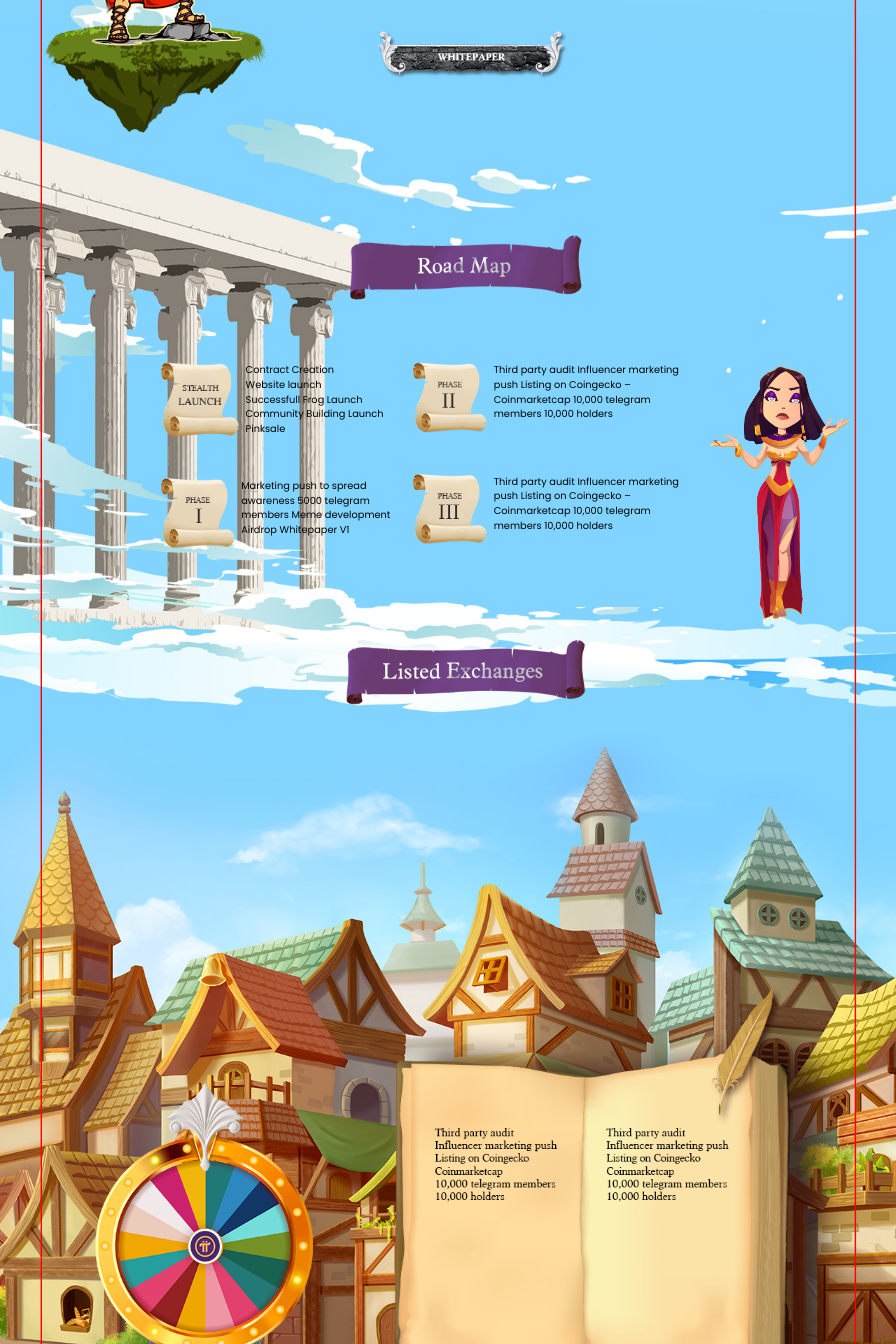
Repository: ducanhaep/pi-project
Page: index.html
The author's editor kept a copy of each file at every save. The page is drawn from the files as they stood at one save, then again after the next save.
The browser window is 1280 px wide. The pictures show the part of the page from y = 1535 to 3455 px (the page is 6183 px tall), at 70% of full size.
The style sheet was rebuilt from its Sass, Less or Tailwind sources for each picture, by a compiler version that may differ from the author's.

Above is the page before, as saved 2022-07-04 22:17:27.

### index.html
<!DOCTYPE html>
<html lang="en">

<head>
	<meta charset="UTF-8">
	<meta http-equiv="X-UA-Compatible" content="IE=edge">
	<meta name="viewport" content="width=device-width, initial-scale=1.0">
	<title>Document</title>
	<link rel="preconnect" href="https://fonts.googleapis.com">
	<link rel="preconnect" href="https://fonts.gstatic.com" crossorigin>
	<link
		href="https://fonts.googleapis.com/css2?family=Nunito:wght@400;500;600;700&family=Poppins:wght@400;500;600;700&display=swap"
		rel="stylesheet">
	<link rel="stylesheet" href="./style.css">
</head>

<body>
	<div class="wrapper">
		<div class="container">
			<header>
				<nav class="navigation">
					<ul class="links">
						<li class="link">
							<a href="#">
								<img src="./images/logo.png" alt="logo" class="logo">
							</a>
						</li>
						<li class="link active">
							<a href="#">
								Home
							</a>
						</li>
						<li class="link">
							<a href="#">
								Audit
							</a>
						</li>
						<li class="link">
							<a href="#">
								KYC
							</a>
						</li>
						<li class="link">
							<a href="#">
								<img src="./images/buy-now.png" alt="">
							</a>
						</li>
					</ul>
					<!-- <button class="sidebar-toggle">
						<ion-icon name="menu-outline"></ion-icon>
					</button> -->
				</nav>

				<div class="header-content">
					<img class="header-content-title" src="images/header-title.png" alt="">

					<div class="header-content-image">
						<img src="./images/header-img.png" alt="" class="zeus">

						<div class="cloud">
							<img src="./images/clound.png" alt="cloud">
						</div>
						<!-- <div class="cloud1">
							<img src="./images/clound.png" alt="cloud">
						</div>
						<div class="cloud2">
							<img src="./images/clound.png" alt="cloud">
						</div> -->
						<div class="cloud3">
							<img src="./images/clound.png" alt="cloud">
						</div>
						<!-- <div class="cloud4">
							<img src="./images/clound.png" alt="cloud">
						</div> -->
					</div>
					<p class="header-content-description">Pi network inu is the funniest frog on BSC! A community-focused,
						decentralized <br> cryptocurrency with
						instant rewards for holders.
					</p>

					<ul class="header-content-links">
						<li>
							<a href="#">
								<img src="./images/header-btn-1.png" alt="btn-link">
							</a>
						</li>
						<li>
							<a href="#">
								<img src="./images/header-btn-2.png" alt="btn-link">
							</a>
						</li>
						<li>
							<a href="#">
								<img src="./images/header-btn-3.png" alt="btn-link">
							</a>
						</li>
					</ul>
					<div class="header-content-contract">
						<div class="content">
							<p class="contract">
								CONTRACT ADDRESS
							</p>
							<p class="address">0xc8CfAE61C3cDEA19D0dd8
								<br> D73411E4b6682E4b6682
							</p>
							<p class="copy">COPY</p>

						</div>
					</div>

				</div>
			</header>

			<main class="main">
				<session class="what-is">
					<div class="left-img">
						<img src="./images/whatis.png" alt="ss">
					</div>
					<div class="content">
						<img class="title" src="./images/sesstion-title1.png" alt="session title">
						<p>Pinetwork Inu is a meme token that only rewards investors for holding, the number of rewards received
							will increase over time if investors hold them longer. We are the safest place for long and short term
							investors in the meme category. Safemoon x10000 shiba x10000 babydoge x10000 so the next x10000 memecoin
							will be Pinetwork Inu.</p>
						<a href="#">
							<img src="./images/whitepaper.png" alt="">
						</a>
					</div>
					<div class="right-img">
						<img src="./images/book.png" alt="book">
					</div>
				</session>

				<session class="road-map">
					<div class="road-map-img">
						<img src="./images/roadmap.png" alt="road-map">
					</div>

					<div class="content">
						<div class="left-content box-phase">
							<div class="phase">
								<img src="./images/stealth-lauch.png" alt="stealth-lauch">
								<p>Contract Creation <br> Website launch <br> Successfull Frog Launch Community Building Launch Pinksale
								</p>
							</div>
							<div class="phase">
								<img src="./images/phase1.png" alt="stealth-lauch">
								<p>
									Marketing push to spread awareness
									5000 telegram members
									Meme development
									Airdrop
									Whitepaper V1
								</p>
							</div>

						</div>
						<div class="right-content box-phase">
							<div class="phase">
								<img src="./images/phase2.png" alt="stealth-lauch">
								<p>Third party audit
									Influencer marketing push
									Listing on Coingecko – Coinmarketcap
									10,000 telegram members
									10,000 holders</p>
							</div>
							<div class="phase">
								<img src="./images/phase3.png" alt="stealth-lauch">
								<p>Third party audit
									Influencer marketing push
									Listing on Coingecko – Coinmarketcap
									10,000 telegram members
									10,000 holders</p>
							</div>

						</div>
						<div class="image">
							<img src="./images/road-image.png" alt="">
						</div>
					</div>
				</session>

				<session class="list-exchanges">
					<div class="list-exchanges-image">
						<img src="./images/list-exchanges.png" alt="list-exchanges">
					</div>
					<div class="content">
						<div class="left">
							<img src="./images/spin.png" alt="spin">
						</div>
						<div class="right">
							<img src="./images/list-book.png" alt="spin">
						</div>
					</div>
				</session>

				<session class="the-god-nft">
					<div class="the-god-nft-image">
						<img src="./images/the-god-nft-title.png" alt="">
					</div>
					<div class="content">
						<img src="./images/nft1.png" alt="god">
						<img src="./images/nft2.png" alt="god">
						<img src="./images/nft3.png" alt="god">
						<img src="./images/nft4.png" alt="god">

					</div>
				</session>

				<session class="list-exchanges-bottom">
					<div class="list-exchanges-bottom-title">
						<img src="./images/list-exchanges.png" alt="title">
					</div>
					<div class="list-exchanges-bottom-image">
						<img src="./images/list-exchanges-btn-img.png" alt="title">
					</div>

					<div class="list-bottom-links">
						<ul class="list-links">
							<li>
								<a href="#">
									<img src="./images/list-link1.png" alt="link">
								</a>
							</li>
							<li>
								<a href="#">
									<img src="./images/list-link2.png" alt="link">
								</a>
							</li>
							<li>
								<a href="#">
									<img src="./images/list-link3.png" alt="link">
								</a>
							</li>
							<li>
								<a href="#">
									<img src="./images/list-link4.png" alt="link">
								</a>
							</li>
						</ul>
						<ul class="list-links">
							<li>
								<a href="#">
									<img src="./images/list-link5.png" alt="link">
								</a>
							</li>
							<li>
								<a href="#">
									<img src="./images/list-link6.png" alt="link">
								</a>
							</li>
							<li>
								<a href="#">
									<img src="./images/list-link1.png" alt="link">
								</a>
							</li>
							<li>
								<a href="#">
									<img src="./images/list-link8.png" alt="link">
								</a>
							</li>
						</ul>
					</div>
				</session>

				<session class="features">
					<div class="features-title">
						<img src="./images/feature-title.png" alt="">
					</div>

					<div class="list-bottom-links">
						<ul class="list-links">
							<li>
								<a href="#">
									<img src="./images/list-link9.png" alt="link">
								</a>
							</li>
							<li>
								<a href="#">
									<img src="./images/list-link10.png" alt="link">
								</a>
							</li>
							<li>
								<a href="#">
									<img src="./images/list-link11.png" alt="link">
								</a>
							</li>
							<li>
								<a href="#">
									<img src="./images/list-link12.png" alt="link">
								</a>
							</li>
						</ul>
						<ul class="list-links">
							<li>
								<a href="#">
									<img src="./images/list-link9.png" alt="link">
								</a>
							</li>
							<li>
								<a href="#">
									<img src="./images/list-link10.png" alt="link">
								</a>
							</li>
							<li>
								<a href="#">
									<img src="./images/list-link11.png" alt="link">
								</a>
							</li>
							<li>
								<a href="#">
									<img src="./images/list-link12.png" alt="link">
								</a>
							</li>
						</ul>
					</div>

					<div class="features-address">
						<div class="box">
							0xc8CfAE61C3cDEA19D0dd8D73411E4b6682E4b6682
						</div>
					</div>

					<ul class="features-links">
						<li>
							<a href="#">
								<img src="./images/feature-link1.png" alt="link">
							</a>
						</li>
						<li>
							<a href="#">
								<img src="./images/feature-link2.png" alt="link">
							</a>
						</li>
						<li>
							<a href="#">
								<img src="./images/feature-link3.png" alt="link">
							</a>
						</li>
					</ul>

					<ul class="features-social">
						<li>
							<a href="#">
								<img src="./images/logo-discord.png" alt="link">
							</a>
						</li>
						<li>
							<a href="#">
								<img src="./images/logo-youtube.png" alt="link">
							</a>
						</li>
						<li>
							<a href="#">
								<img src="./images/logo-fb.png" alt="link">
							</a>
						</li>
						<li>
							<a href="#">
								<img src="./images/logo-tw.png" alt="link">
							</a>
						</li>
						<li>
							<a href="#">
								<img src="./images/logo-tele.png" alt="link">
							</a>
						</li>
						<li>
							<a href="#">
								<img src="./images/logo11.png" alt="link">
							</a>
						</li>
						<li>
							<a href="#">
								<img src="./images/logo12.png" alt="link">
							</a>
						</li>
					</ul>
				</session>
			</main>
			<footer>
				© 2022 Pinetwork Inu.io . All rights reserved
			</footer>
		</div>
	</div>

	<script type="module" src="https://unpkg.com/ionicons@5.5.2/dist/ionicons/ionicons.esm.js"></script>
	<script nomodule src="https://unpkg.com/ionicons@5.5.2/dist/ionicons/ionicons.js"></script>
</body>

</html>

### style.scss
/* Box sizing rules */
*,
*::before,
*::after {
  box-sizing: border-box;
}

/* Remove default margin */
body,
h1,
h2,
h3,
h4,
p,
figure,
blockquote,
dl,
dd {
  margin: 0;
}

h1,
h2,
h3,
h4 {
  font-family: var(--ff-secondary);
}

ul {
  list-style: none;
  margin: 0;
  padding: 0;
}

html:focus-within {
  scroll-behavior: smooth;
}

:root {
  --primary-text-color: #2c2637;
}

@mixin mobile {
  @media screen and (max-width: 576px) {
    @content;
  }
}
@mixin tablet {
  @media screen and (max-width: ≥768px) {
    @content;
  }
}

body {
  font-family: "Poppins", sans-serif;
}

.wrapper {
  background-image: url(./images/big-bg-1.jpg);
  background-repeat: no-repeat;
  background-size: cover;
  @include mobile {
    max-width: 90%;
  }
  margin: 0 auto;
}

.container {
  max-width: 1165px;
  margin: 0 auto;
  border: 2px solid red;
}
.navigation {
  @include mobile {
    position: fixed;
    top: 0;
    left: 0;
    width: 100%;
    height: 100%;
    background: var(--clr-white);
    display: grid;
    grid-template-rows: auto 1fr auto;
    row-gap: 1rem;
    box-shadow: var(--clr-red-dark);
    transition: var(--transition);
    transform: translate(-100%);
  }
}

.show-sidebar {
  transform: translate(0);
}

.links {
  display: flex;
  justify-content: center;
  align-items: center;
  gap: 70px;
  padding-top: 10px;

  .link {
    a {
      text-decoration: none;
      color: var(--primary-text-color);
      font-weight: 500;
      transition: all 0.3s;
      &:hover {
        color: #fff;
      }
    }
    .logo {
      width: 150px;
      height: 100px;
    }
  }
}

.header-content {
  display: flex;
  flex-direction: column;
  align-items: center;
  margin-top: 130px;
  position: relative;

  &-title {
    height: 125px;
    width: 680px;
    margin-bottom: 40px;
  }
  &-image {
    margin-bottom: 20px;
    position: relative;
    .zeus {
      height: 400px;
      width: 350px;
    }
    .cloud {
      position: absolute;
      bottom: -70px;
      left: 0;
      img {
        height: 200px;
        width: 600px;
      }
    }
    // .cloud1 {
    //   position: absolute;
    //   bottom: -115px;
    //   left: 270px;
    //   img {
    //     height: 320px;
    //     width: 600px;
    //   }
    // }
    // .cloud2 {
    //   position: absolute;
    //   bottom: -130px;
    //   right: 236px;
    //   img {
    //     height: 280px;
    //     width: 600px;
    //   }
    // }
    .cloud3 {
      position: absolute;
      bottom: -111px;
      right: 425px;
      z-index: 2;
      img {
        height: 320px;
        width: 600px;
      }
    }
    // .cloud4 {
    //   position: absolute;
    //   bottom: -280px;
    //   right: 403px;
    //   z-index: 2;
    //   img {
    //     height: 320px;
    //     width: 600px;
    //   }
    // }
  }
  &-description {
    text-align: center;
    margin-bottom: 50px;
    z-index: 2;
    font-size: 14px;
  }
  &-links {
    display: flex;
    justify-content: center;
    gap: 40px;
    z-index: 2;
    img {
      height: 60px;
      width: 260px;
    }
  }

  &-contract {
    display: flex;
    justify-content: center;
    height: 300px;
    width: 240px;
    position: absolute;
    top: 135px;
    left: -125px;
    background-image: url(./images/paper-quill-corp.png);
    background-repeat: no-repeat;
    background-size: cover;
    color: var(--primary-text-color);

    .content {
      display: flex;
      flex-direction: column;
      justify-content: center;
      gap: 25px;
    }
    .contract {
      font-weight: 600;
      font-size: 14px;
      padding-left: 20px;
    }
    .address {
      font-size: 10px;
      padding-left: 10px;
      font-weight: 400;
    }
    .copy {
      text-align: center;
      font-weight: 600;
      padding-top: 5px;
      padding-bottom: 5px;
      padding-right: 5px;
      margin-right: 20px;
      border-top: 1px solid var(--primary-text-color);
      border-bottom: 1px solid var(--primary-text-color);
      cursor: pointer;
    }

    .cloud {
      img {
        height: 300px;
        width: 300px;
      }
    }
  }
}

.what-is {
  margin-top: 260px;
  display: flex;
  gap: 20px;

  .content {
    display: flex;
    flex-direction: column;
    align-items: center;
    gap: 60px;
    .title {
      height: 95px;
      width: 460px;
    }
    p {
      text-align: center;
      font-size: 14px;
    }
  }

  .right-img {
    padding-top: 70px;
    padding-left: 45px;
    padding-right: 45px;
    img {
      height: 165px;
      width: 165px;
    }
  }
}

.road-map {
  display: block;
  margin-top: 130px;
  &-img {
    display: flex;
    justify-content: center;
    padding-left: 50px;
  }

  .content {
    display: flex;
    gap: 20px;
    font-size: 14px;
    margin-top: 90px;
    padding-left: 170px;
    .box-phase {
      display: flex;
      flex-direction: column;
      gap: 60px;
    }
    .phase {
      display: flex;
      gap: 10px;
    }

    .image {
      img {
        width: 220px;
        height: 390px;
      }
    }
  }
}

.list-exchanges {
  &-image {
    padding-left: 50px;
    display: flex;
    justify-content: center;
  }
  .content {
    padding-left: 75px;
    display: flex;
    justify-content: center;
    gap: 40px;
    align-items: end;
    min-height: 1020px;
    .left {
      align-self: flex-end;
    }
  }
}

.the-god-nft {
  margin-top: 20px;
  display: block;
  &-image {
    display: flex;
    justify-content: center;
    margin-bottom: 40px;
  }
  .content {
    display: flex;
    justify-content: center;
    gap: 10px;
    img {
      width: auto;
      height: 380px;
    }
  }
}

.list-exchanges-bottom {
  &-title {
    display: flex;
    justify-content: center;
    margin-top: 300px;
    margin-bottom: 30px;
  }
  &-image {
    padding-left: 50px;
    display: flex;
    justify-content: center;
  }
}
.list-bottom-links {
  background-color: #fff;
  padding: 30px 50px;
  border-radius: 30px;
  margin-top: -60px;
  z-index: 2;
  position: relative;
  box-shadow: 4px 8px 9px 2px rgba(0, 0, 0, 0.69);
  .list-links {
    display: flex;
    justify-content: center;
    gap: 20px;
    padding: 0;
    img {
      width: 90%;
    }
  }
}

.features {
  position: relative;
  &-title {
    margin-top: 50px;
    display: flex;
    justify-content: center;
  }
  .list-bottom-links {
    margin-top: 45px;
    img {
      width: 100%;
    }
    .list-links:last-child {
      padding-bottom: 50px;
    }
  }

  &-address {
    display: flex;
    justify-content: center;
    .box {
      display: flex;
      justify-content: center;
      align-items: center;
      color: #fff;
      width: 430px;
      height: 50px;
      background-image: url("./images/feature-address-bg.png");
      z-index: 3;
      margin-top: -30px;
    }
  }
  &-links {
    padding: 0;
    margin-top: 40px;
    display: flex;
    justify-content: center;
    gap: 40px;
  }

  &-social {
    padding: 0;
    display: flex;
    gap: 40px;
    justify-content: center;
    margin-top: 50px;
    align-items: center;
  }
}

footer {
  display: flex;
  justify-content: center;
  align-items: center;
  font-weight: 500;
  min-height: 150px;
}

After the next save:
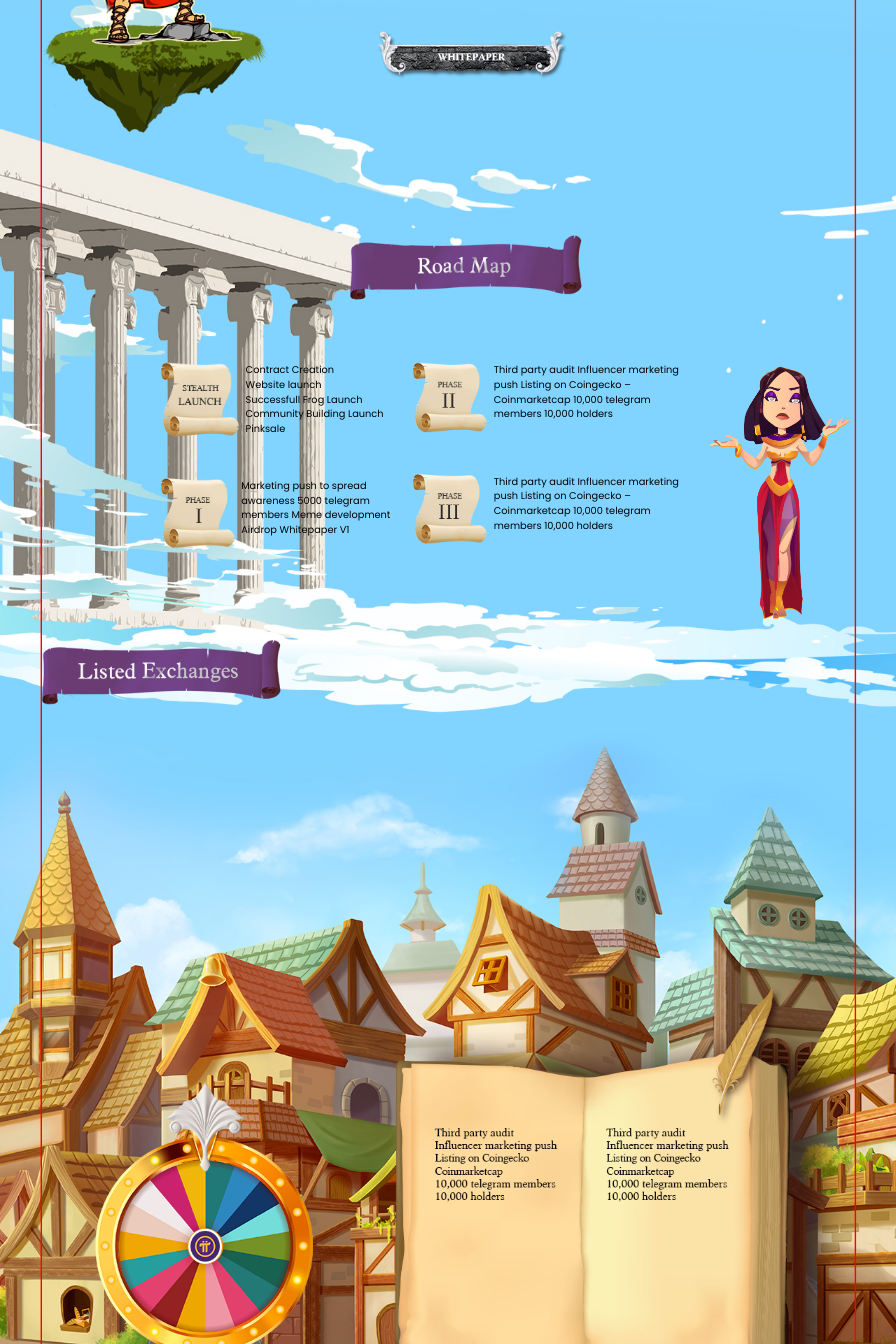
Saved 118 s later.
--- a/style.scss
+++ b/style.scss
@@ -316,9 +316,7 @@
 
 .list-exchanges {
   &-image {
-    padding-left: 50px;
-    display: flex;
-    justify-content: center;
+    height: 92px;
   }
   .content {
     padding-left: 75px;
